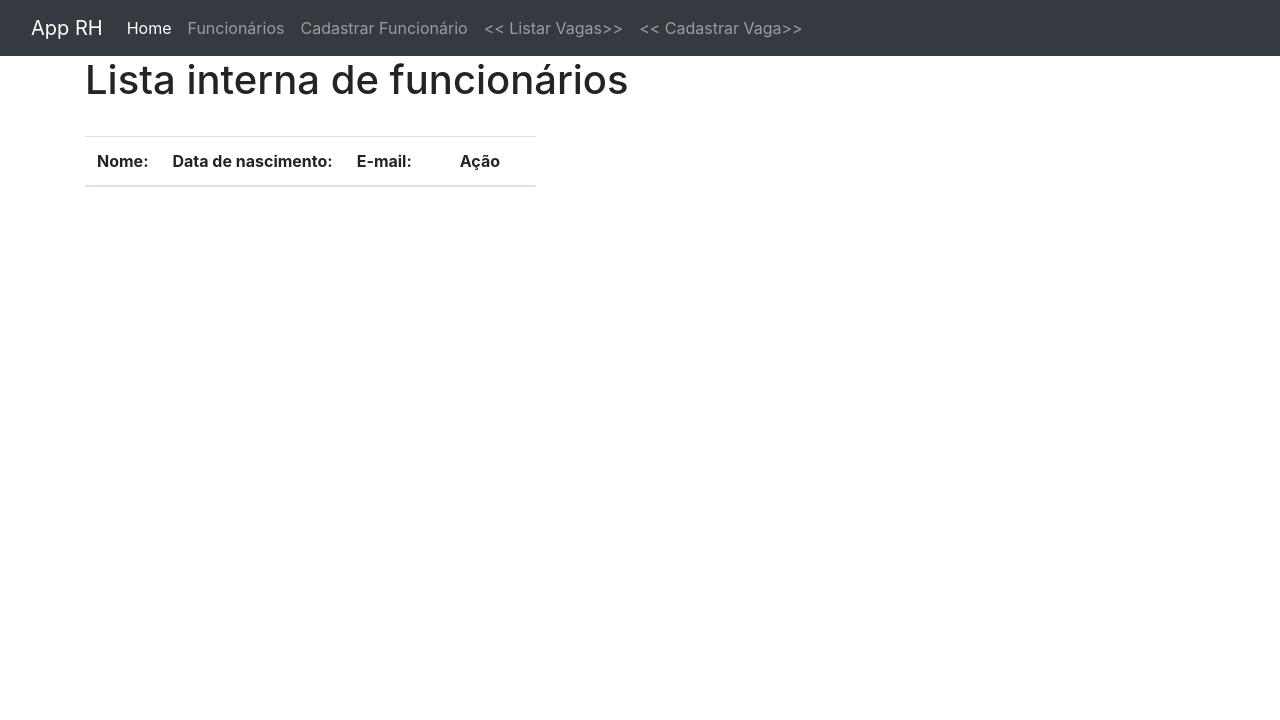
Repository: FilosoDev/SPRING-BOOT-testes
Page: http://localhost/funcionario/listaFuncionario
An editor plug-in stored every save of this project. The page is shown before and after the next save, followed by the edit.
The browser window is 1280 px wide. The pictures show the whole page.
The page is this project's Thymeleaf template; nobody is signed in. The template is opened directly, without the code that normally fills it, so the values that code supplies are empty.

Above is the page before, as saved 2021-11-23 14:12:41.
Console error: TypeError: Cannot read properties of undefined (reading 'fn')

### AppRH/AppRH/src/main/resources/templates/funcionario/listaFuncionario.html
<!DOCTYPE html>
<html lang=”pt-br” xmlns:th="http://thymeleaf.org" xmlns:layout="http://www.ultraq.net.nz/thymeleaf/layout">

<head>

	<meta charset="utf-8">
	<meta http-equiv="X-UA-Compatible" content="IE=edge">
	<meta name="viewport" content="width=device-width, initial-scale=1">

	<title>App RH</title>

	<!-- Bootstrap -->
	<link href="bootstrap/css/bootstrap.min.css" rel="stylesheet">

	<!-- HTML5 shim e Respond.js para suporte no IE8 de elementos HTML5 e media queries -->
	<!-- ALERTA: Respond.js não funciona se você visualizar uma página file:// -->
	<!--[if lt IE 9]>
      <script src="https://oss.maxcdn.com/html5shiv/3.7.3/html5shiv.min.js"></script>
      <script src="https://oss.maxcdn.com/respond/1.4.2/respond.min.js"></script>
    <![endif]-->

	<title> | App RH - UC 12 | </title>

</head>

<body>


	<header>

		<nav class="navbar navbar-expand-lg navbar-dark bg-dark">
			<div class="container-fluid">
				<a class="navbar-brand" href="/">App RH</a>
				<button class="navbar-toggler" type="button" data-bs-toggle="collapse" data-bs-target="#navbarNav"
					aria-controls="navbarNav" aria-expanded="false" aria-label="Toggle navigation">
					<span class="navbar-toggler-icon"></span>
				</button>
				<div class="collapse navbar-collapse" id="navbarNav">
					<ul class="navbar-nav">
						<li class="nav-item"><a class="nav-link active" aria-current="page" href="/">Home</a></li>
						<li class="nav-item"><a class="nav-link" href="/funcionarios">Funcionários</a></li>
						<li class="nav-item"><a class="nav-link" href="/cadastrarFuncionario">Cadastrar Funcionário</a>
						</li>
						<li class="nav-item"><a class="nav-link" href="/vagas">
								<< Listar Vagas>>
							</a></li>
						<li class="nav-item"><a class="nav-link" href="/cadastrarVaga">
								<< Cadastrar Vaga>>
							</a></li>
					</ul>
				</div>
			</div>
		</nav>

	</header>


	<div class="container">

		<h1>Lista interna de funcionários</h1>

		<br>

		<table class="table table-hover table-responsive w-auto table-striped">
			<thead>
				<tr>
					<th scope="col">Nome:</th>
					<th scope="col">Data de nascimento:</th>
					<th scope="col">E-mail:</th>
					<th scope="col"></th>
					<th scope="col">Ação</th>
					<th scope="col"></th>
				</tr>
			</thead>
			<tbody>
				<tr th:each="funcionario : ${funcionarios}">

					<td><a th:href="${(#mvc.url('FC#dependentes').arg(0, funcionario.id)).build()}"><span
								th:text="${funcionario.nome}"></span></a></td>
					<td><span th:text="${funcionario.data}"></span></a></td>
					<td><span th:text="${funcionario.email}"></span></a></td>
					<td><a class="waves-effect waves-light btn-small"
							th:href="${(#mvc.url('FC#deletarFuncionario').arg(0, funcionario.id)).build()}"><button
								type="button" class="btn btn-danger">Excluir</button></a></td>
					<td><a th:href="${(#mvc.url('FC#editarFuncionario').arg(0, funcionario.id)).build()}"><button
								type="button" class="btn btn-primary">Editar</button></a></td>

	<td><a th:href="${(#mvc.url('FC#dependentes').arg(0, funcionario.id)).build()}"><button type="button"
								class="btn btn-success">Adicionar
								dependente</button></a></td>

				</tr>
			</tbody>
		</table>





		<!--JavaScript bootstrap-->
		<script type="text/javascript" src="bootstrap/js/bootstrap.js"></script>
		<script src="https://cdn.jsdelivr.net/npm/bootstrap@5.1.3/dist/js/bootstrap.bundle.min.js"
			integrity="sha384-ka7Sk0Gln4gmtz2MlQnikT1wXgYsOg+OMhuP+IlRH9sENBO0LRn5q+8nbTov4+1p" crossorigin="anonymous">
		</script>
</body>

</html>

Loaded but not shown: AppRH/AppRH/src/main/resources/static/bootstrap/css/bootstrap.min.css (library); AppRH/AppRH/src/main/resources/static/bootstrap/js/bootstrap.js (library)

After the next save:
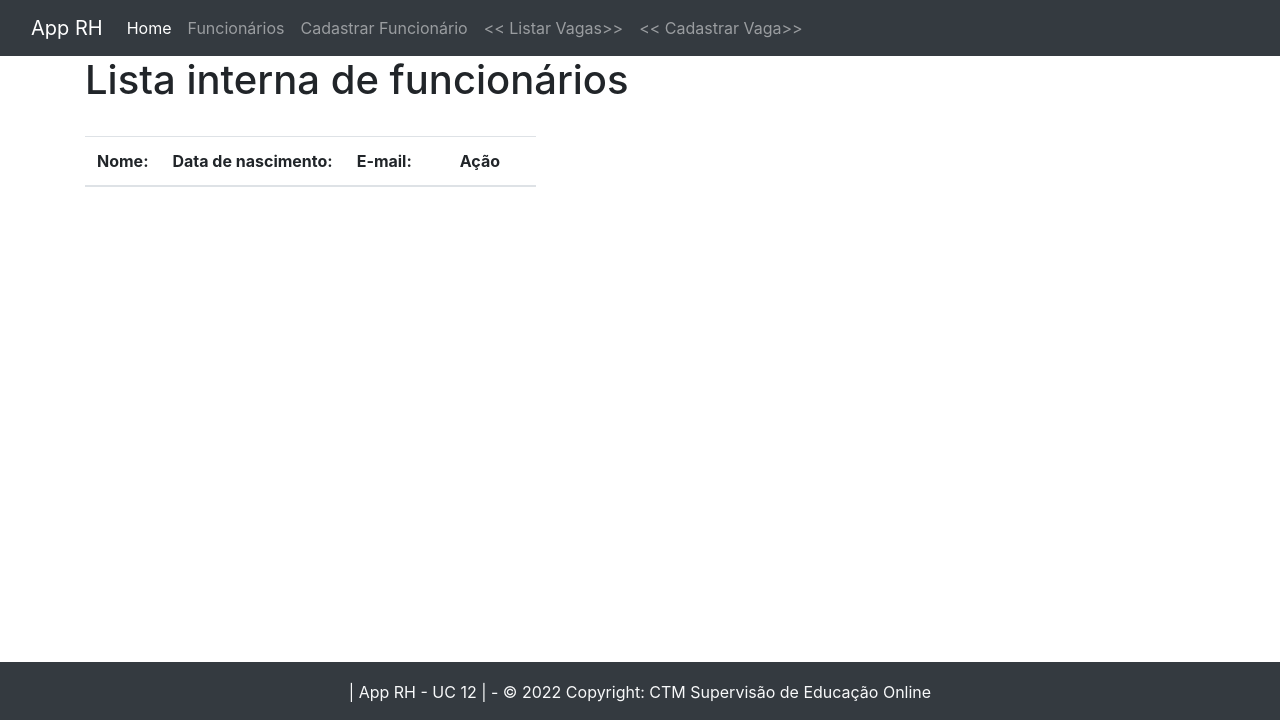
Saved 91 min 54 s later.
--- a/AppRH/AppRH/src/main/resources/templates/funcionario/listaFuncionario.html
+++ b/AppRH/AppRH/src/main/resources/templates/funcionario/listaFuncionario.html
@@ -94,6 +94,10 @@
 		</table>
 
 
+	<div class="footer-copyright fixed-bottom bg-dark text-center py-3">
+		<span class="text-light align-middle">| App RH - UC 12 | - ©
+			2022 Copyright: CTM Supervisão de Educação Online</span>
+	</div>
 
 
 
